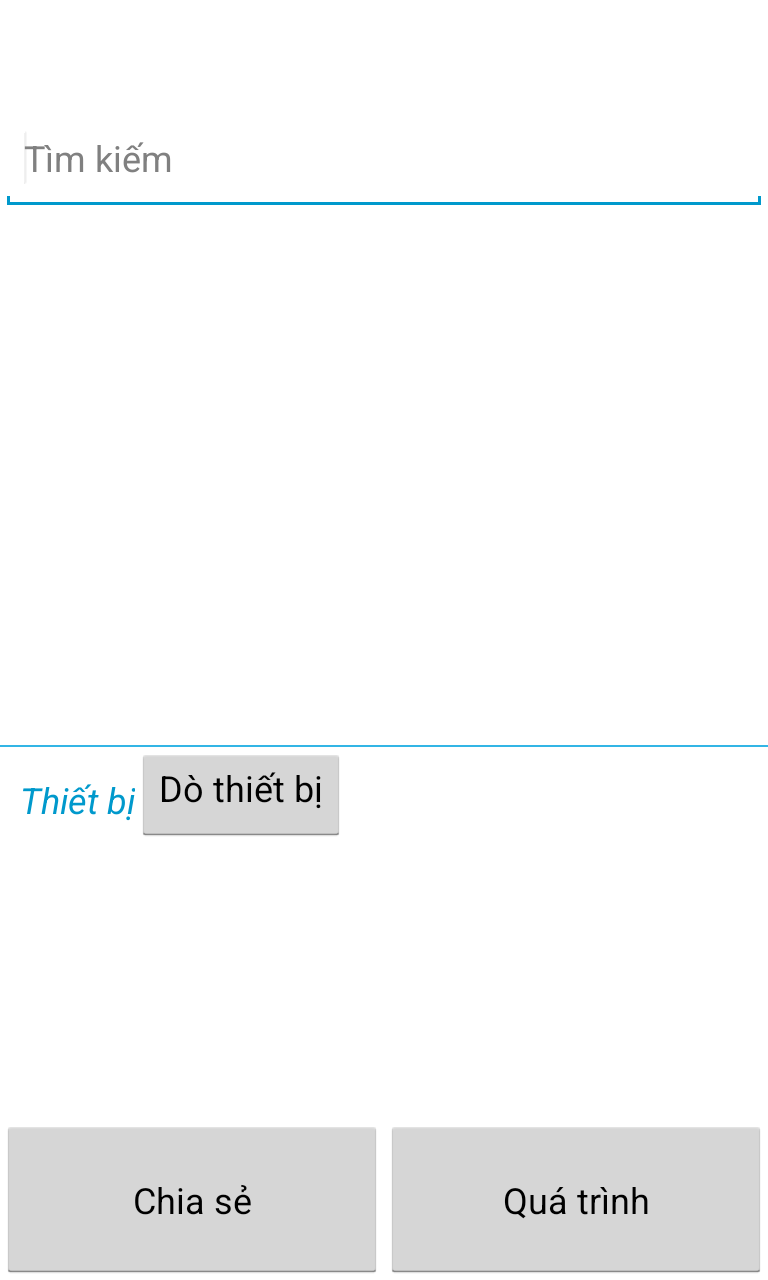
Repository: thinhnk55/android-appshare
Layout: ShareApp/res/layout/activity_main.xml
These files come from the project's save history. The layout is drawn as it stood at one moment and after the next save; the edit follows.
It is drawn on a 768 x 1280 px phone screen (xhdpi) without system bars, with theme AppTheme; the app's code is not run.

Above is the layout before, as saved 2014-07-17 15:43:41.

After the next save:
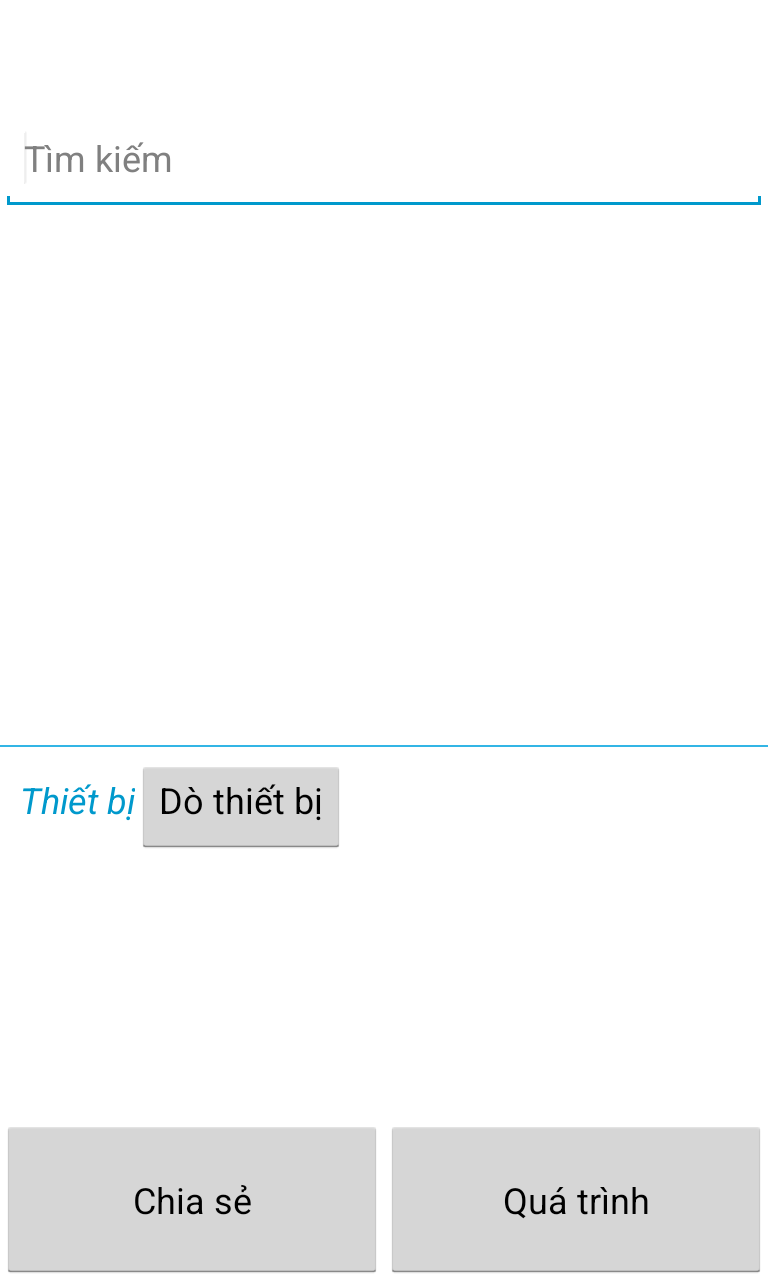
Saved 6 min 43 s later.
--- a/ShareApp/res/layout/activity_main.xml
+++ b/ShareApp/res/layout/activity_main.xml
@@ -53,7 +53,7 @@
                 android:layout_width="match_parent"
                 android:layout_height="0dp"
                 android:layout_weight="10"
-                android:gravity="fill" >
+                android:weightSum="20" >
 
                 <TextView
                     android:id="@+id/textView1"
